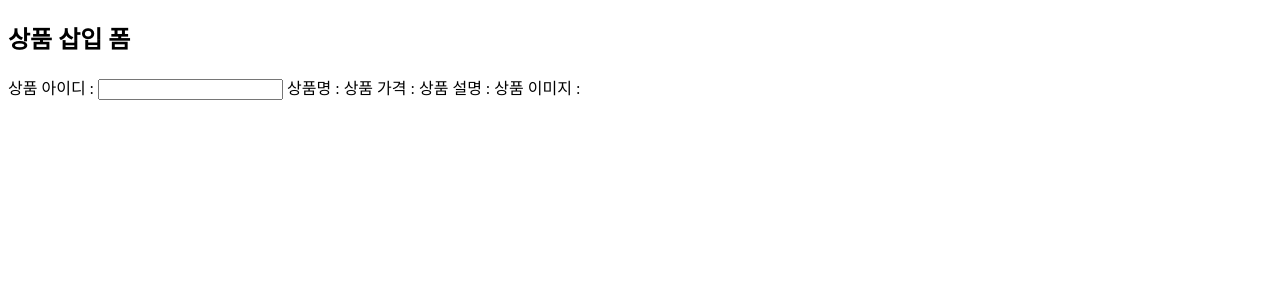
Repository: JhPlayGround/jsp
Page: http://localhost/chap03_MVC_JDBC/WEB-INF/views/jsp/insertForm.jsp
The author's editor kept a copy of each file at every save. The page is drawn from the files as they stood at one save, then again after the next save.
The browser window is 1280 px wide. The pictures show the whole page.
The page is served by Tomcat 9. Nobody is signed in. The template is opened directly, without the code that normally fills it, so the values that code supplies are empty.

Above is the page before, as saved 2019-08-06 01:53:26.

After the next save:
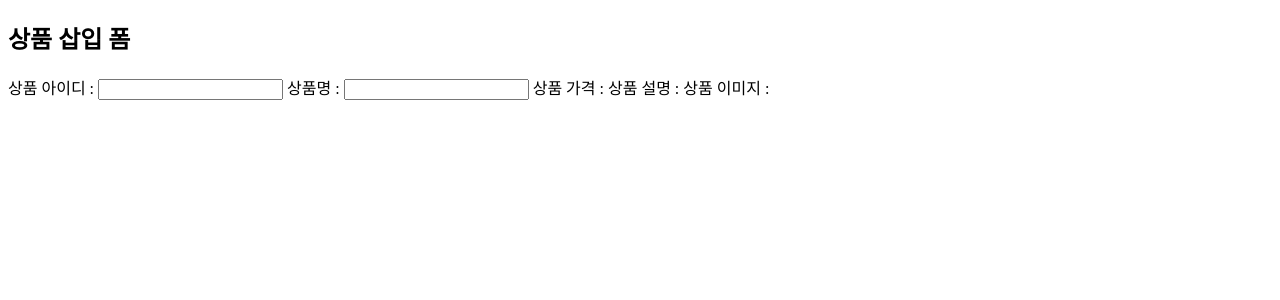
Saved 13 s later.
--- a/workspace/chap03_MVC_JDBC/src/main/webapp/WEB-INF/views/jsp/insertForm.jsp
+++ b/workspace/chap03_MVC_JDBC/src/main/webapp/WEB-INF/views/jsp/insertForm.jsp
@@ -10,7 +10,7 @@
 	<h2>상품  삽입 폼</h2>
 	<form method="post">
 		상품 아이디 : <input id = "item_id" name = "item_id">
- 		상품명 :
+ 		상품명 : <input id = "item_name" naem = "item_name">
 		상품 가격 :
 		상품 설명 :
 		상품 이미지 :
